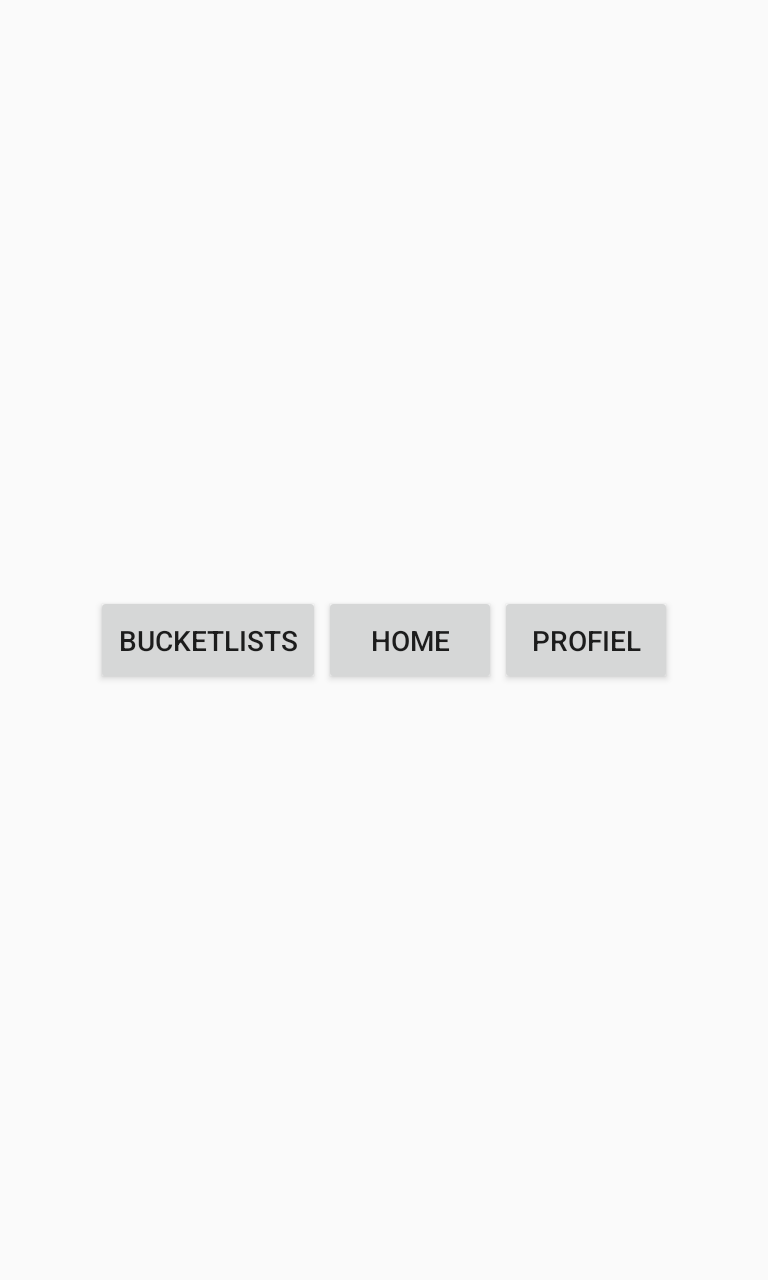
Repository: MarcSelles/BeatYourBucketAndroid
Layout: The_app/BeatYourBucket/res/layout/activity_main.xml
These files come from the project's save history. The layout is drawn as it stood at one moment and after a run of saves; the edit follows.
It is drawn on a 768 x 1280 px phone screen (xhdpi) without system bars, with theme AppTheme; the app's code is not run.

Above is the layout before, as saved 2015-01-20 14:02:41.

After the next 2 saves:
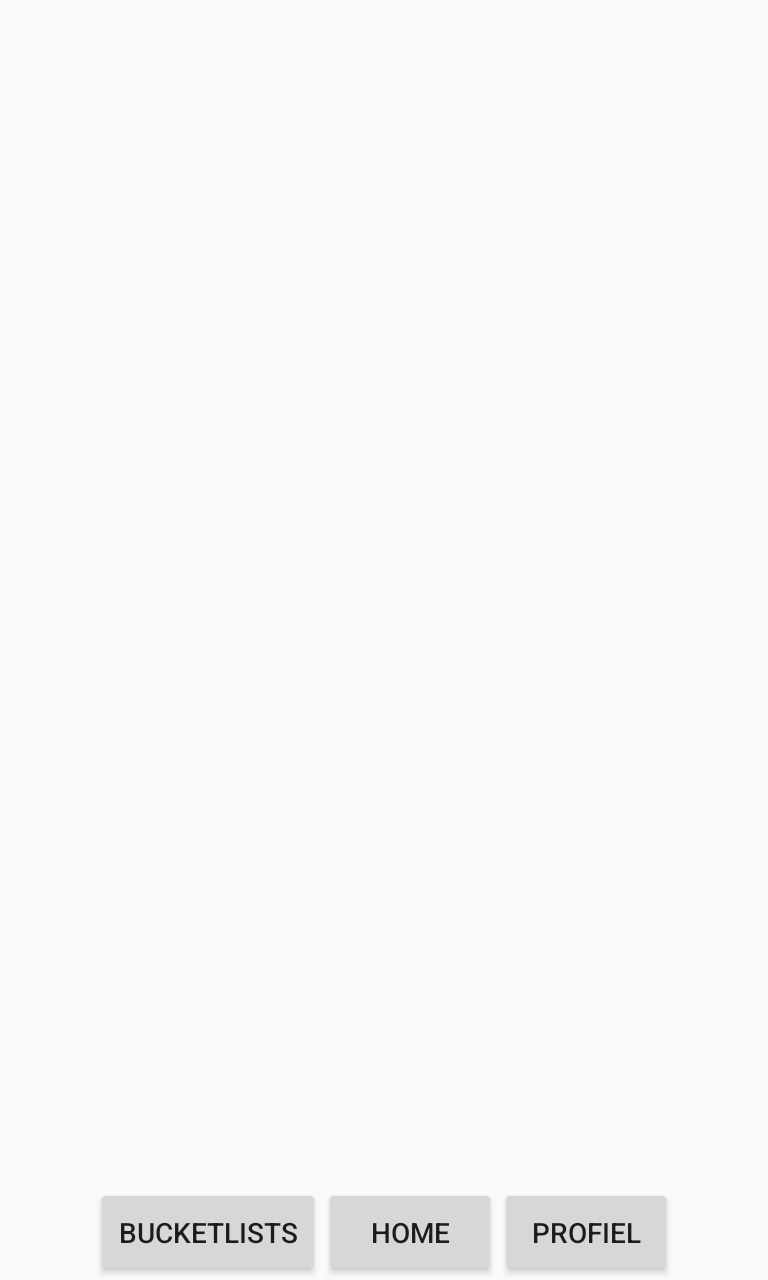
The 2 saves are shown as one change because 1 did not build or start.
The last was saved 102 s later.
--- a/The_app/BeatYourBucket/res/layout/activity_main.xml
+++ b/The_app/BeatYourBucket/res/layout/activity_main.xml
@@ -1,8 +1,8 @@
 <?xml version="1.0" encoding="utf-8"?>
-<LinearLayout xmlns:android="http://schemas.android.com/apk/res/android"
-    android:layout_width="match_parent"
-    android:layout_height="match_parent"
-    android:orientation="vertical">
+    <RelativeLayout
+    xmlns:android="http://schemas.android.com/apk/res/android"
+    android:layout_width="fill_parent"
+    android:layout_height="fill_parent">
 
      <LinearLayout
          android:id="@+id/tabcontent"
@@ -48,9 +48,7 @@
 
     </LinearLayout>
 
-
-
-</LinearLayout>
+</RelativeLayout>
 
 
 
